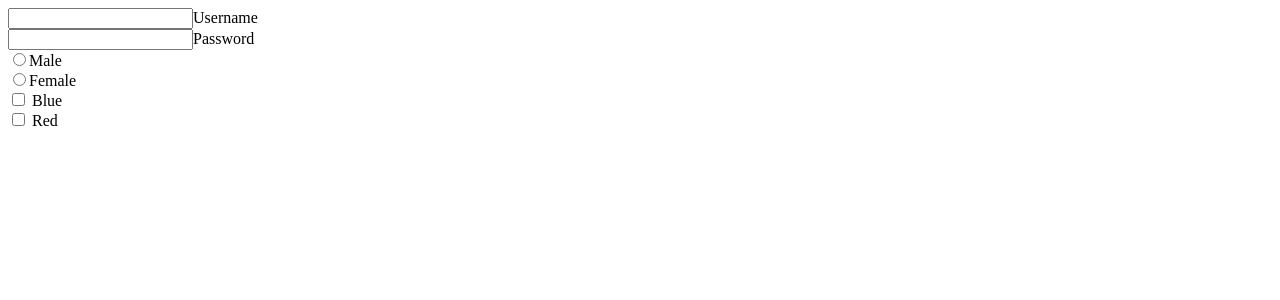
Repository: LsCodeMaster/Training
Page: WebDemo/WebContent/html/static/BigForm.html
The author's editor kept a copy of each file at every save. The page is drawn from the files as they stood at one save, then again after the next save.
The browser window is 1280 px wide. The pictures show the whole page.

Above is the page before, as saved 2015-09-17 08:34:40.

After the next save:
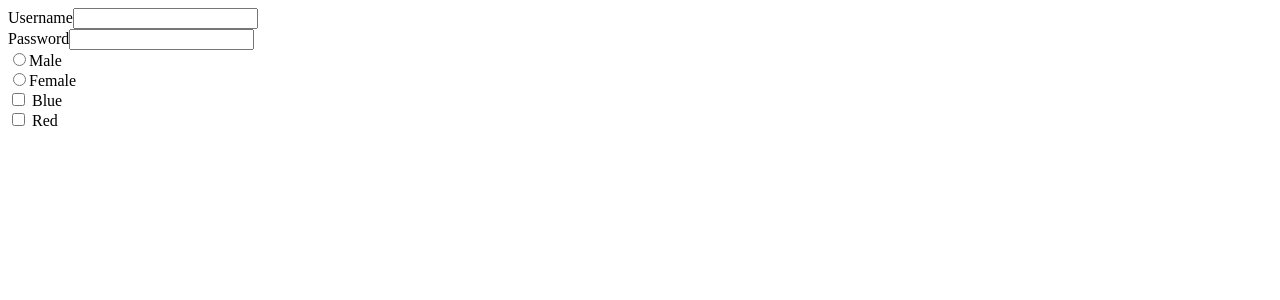
Saved 29 s later.
--- a/WebDemo/WebContent/html/static/BigForm.html
+++ b/WebDemo/WebContent/html/static/BigForm.html
@@ -6,8 +6,8 @@
 </head>
 <body>
 <form name="allInputTypes">
-	<input type="text" name="username">Username <br/>
-	<input type="password" name="pass">Password <br/>
+	Username<input type="text" name="username"> <br/>
+	Password<input type="password" name="pass"> <br/>
 	<input type="radio" name="sex" value="male">Male <br/>
 	<input type="radio" name="sex" value="female">Female <br/>
 	<input type="checkbox" name="color" value="blue"> Blue <br/>
